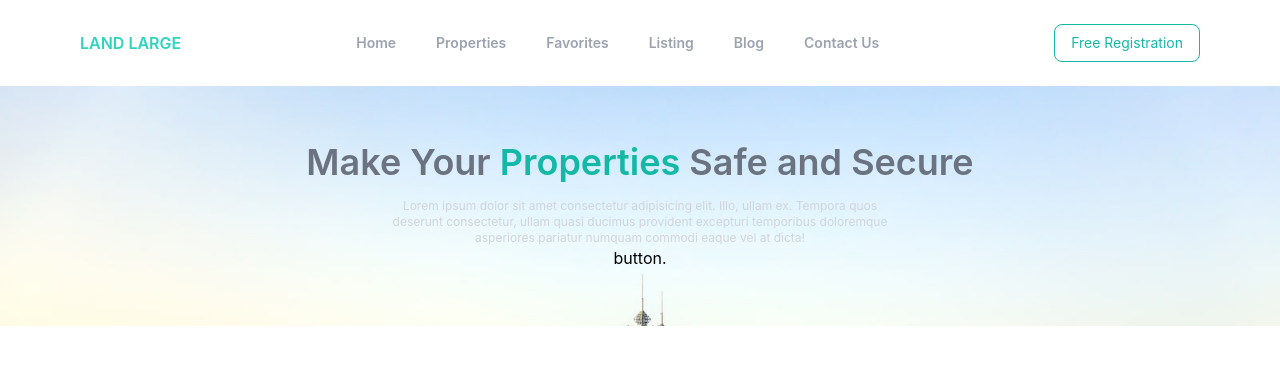
Repository: MuniruIssah/realestate
Page: /
The author's editor kept a copy of each file at every save. The page is drawn from the files as they stood at one save, then again after a run of saves.
The browser window is 1280 px wide. The pictures show the whole page.
The project was rebuilt for these pictures with package versions that can differ from the ones it lists, and the page was loaded fresh each time. Also part of the build but not shown: src/App.css.

Above is the page before, as saved 2022-02-19 22:02:33.

After the next 2 saves:
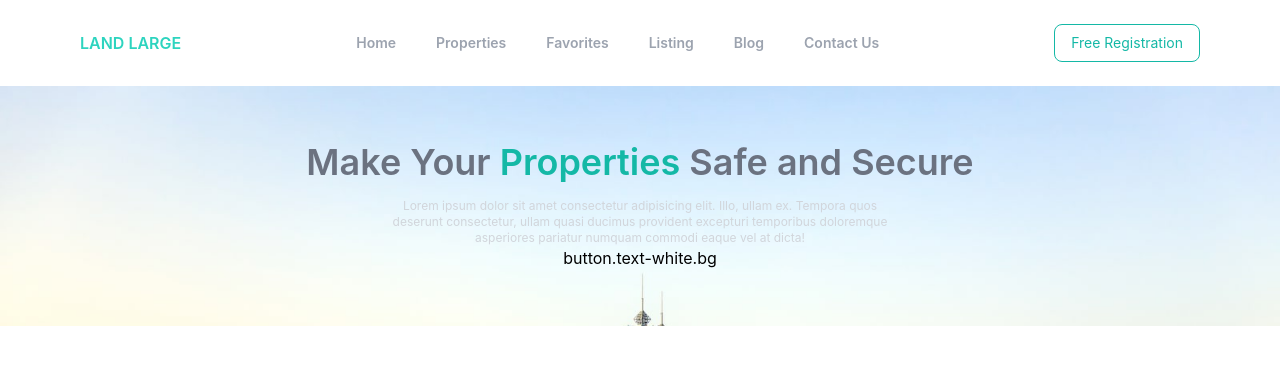
The 2 saves are shown as one change because they came seconds apart.
The last was saved 12 s later.
--- a/src/components/Jumbotron.js
+++ b/src/components/Jumbotron.js
@@ -16,7 +16,7 @@ const Jumbotron = () => {
         excepturi temporibus doloremque asperiores pariatur numquam commodi
         eaque vel at dicta!
       </p>
-      button.
+      button.text-white.bg
     </div>
   );
 };
